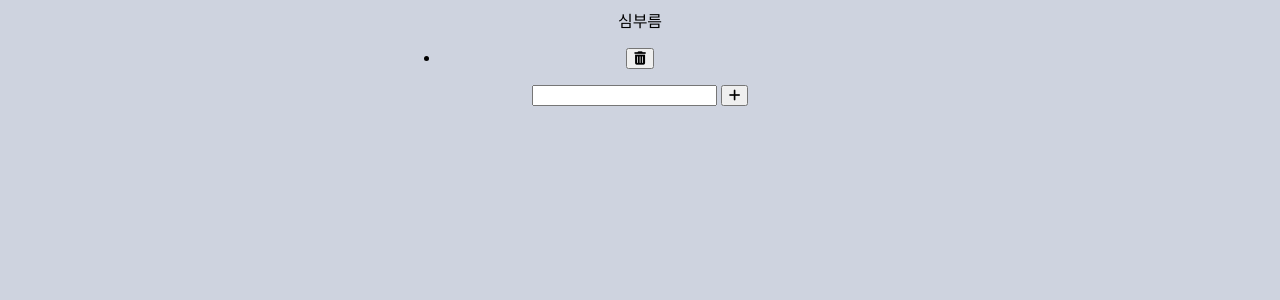
Repository: GoodHoneyCake/Dream_Coding_Academy5
Page: shopping_list/index.html
These files come from the project's save history. The page is drawn as it stood at one moment and after the next save; the edit follows.
The browser window is 1280 px wide. The pictures show the whole page.
Some web libraries are served in a nearby version.

Above is the page before, as saved 2021-01-29 18:03:13.
Console error: TypeError: Cannot read properties of null (reading 'addEventListener')

### shopping_list/index.html
<!DOCTYPE html>
<html lang="en">
  <head>
    <meta charset="UTF-8" />
    <meta name="viewport" content="width=device-width, initial-scale=1.0" />
    <title>Document</title>
    <script
      src="https://kit.fontawesome.com/c90a48a564.js"
      crossorigin="anonymous"
    ></script>
    <link rel="stylesheet" href="style.css" />
    <script src="main.js" defer></script>
  </head>
  <body>
    <section class="list">
      <header class="header">심부름</header>
      <ul class="items">
        <li class="item__row">
          <div class="item">
            <span class="item__name"></span>
            <button class="item__delete">
              <i class="fas fa-trash-alt"></i>
            </button>
          </div>
        </li>
      </ul>
      <footer class="footer">
        <input type="text" class="footer__input" />
        <button class="footer__btn">
          <i class="fas fa-plus"></i>
        </button>
      </footer>
    </section>
  </body>
</html>

### shopping_list/style.css
* {
  box-sizing: border-box;
}

ul {
  padding: 0;
}

body {
  background-color: #ced3df;
  text-align: center;
}

.list {
  width: 400px;
  margin: auto;
}

### shopping_list/main.js
const form = document.querySelector("form");
const input = document.querySelector("input");
const list = document.querySelector(".list");

form.addEventListener("submit", (e) => {
  input.replace(e, "");
  e.preventDefault();
  document.createElement("li");
  const data = document.createTextNode(e);
  list.appendChild(data);
});

After the next save:
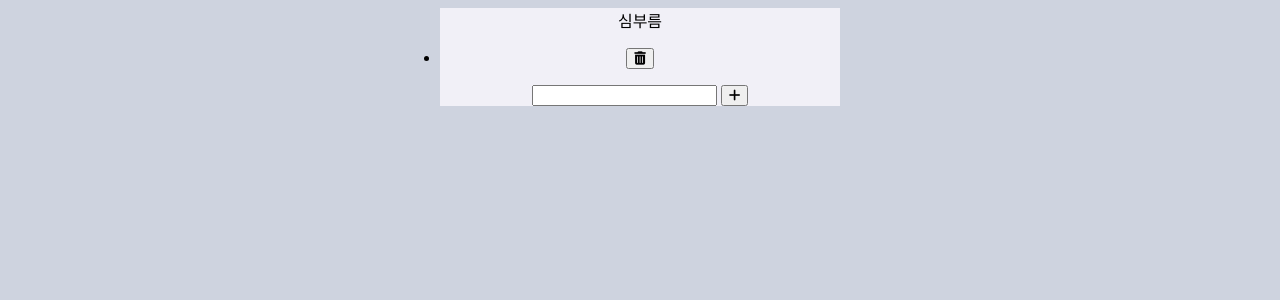
Saved 13 s later.
--- a/shopping_list/style.css
+++ b/shopping_list/style.css
@@ -14,4 +14,5 @@ body {
 .list {
   width: 400px;
   margin: auto;
+  background-color: #f1f0f7;
 }
